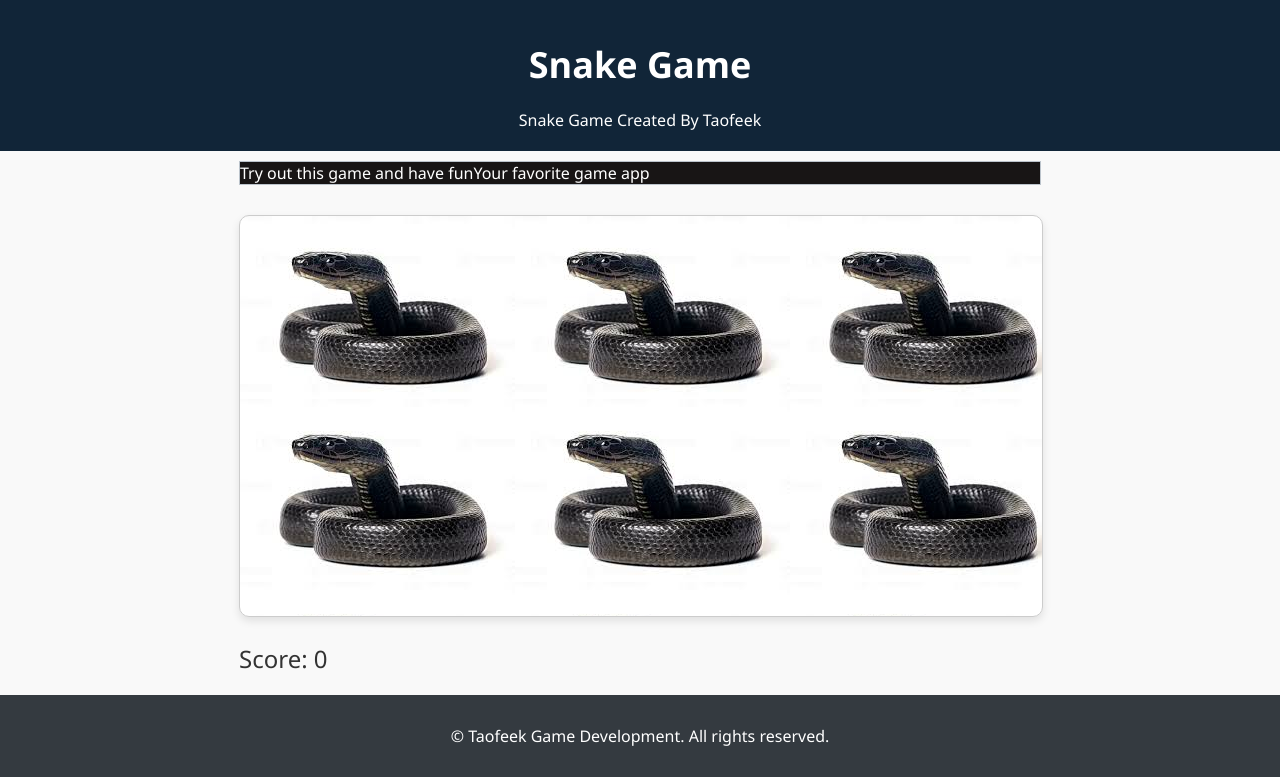
Repository: Taofeekolusola/Landing-page
Page: index.html
The author's editor kept a copy of each file at every save. The page is drawn from the files as they stood at one save, then again after a run of saves.
The browser window is 1280 px wide. The pictures show the whole page.

Above is the page before, as saved 2024-05-06 18:48:24.
Not found: script.js

### index.html
<!DOCTYPE html>
<html lang="en">
<head>
    <meta charset="UTF-8">
    <meta name="viewport" content="width=device-width, initial-scale=1.0">
    <title>Snake Game</title>
    <link rel="stylesheet" href="styles.css">
</head>
<body>
    <header>
        <div class="container">
            <h1>Snake Game</h1>
        </div>
        <div class="name">Snake Game Created By Taofeek</div>
    </header>
    <main>
        <div>
            <div class="text">Try out this game and have fun<span class="left">Your favorite game app</span></span></div>
            <canvas class="snake"></canvas>
            <div id="score">Score: 0</div>
        </div>
    </main>
    <footer>
        <div class="container">
            <p>&copy; Taofeek Game Development. All rights reserved.</p>
        </div>
    </footer>
    <script src="script.js"></script>
</body>
</html>

### styles.css
body {
    font-family: 'Segoe UI', Tahoma, Geneva, Verdana, sans-serif;
    margin: 0;
    padding: 0;
    display: flex;
    flex-direction: column;
    min-height: 100vh;
    background-color: #f9f9f9;
}

.container {
    width: 80%;
    max-width: 800px;
    margin: 0 auto;
    padding: 20px;
}

header {
    background-color: #112538;
    color: #fff;
    text-align: center;
    padding: 20px 0;
}

header h1 {
    font-size: 36px;
    margin: 0;
}

.snake {
    height: 400px;
    width: 100%;
    margin-top: 20px;
    background-image: url('image.jpg');
}

.text {
    margin: 10px 0px;
    border: 1px solid #bcc4cc;
    background-color: #181515;
    color: #FFFFFF;
}

.left {
    flex:
}

main {
    flex-grow: 1;
    display: flex;
    justify-content: center;
    align-items: center;
}

canvas {
    border: 1px solid #ccc;
    border-radius: 10px;
    box-shadow: 0 4px 8px rgba(0, 0, 0, 0.1);
}

#score {
    margin-top: 20px;
    font-size: 24px;
    color: #333;
}

footer {
    background-color: #343a40;
    color: #fff;
    text-align: center;
    padding: 10px 0;
    margin-top: 20px;
}

footer p {
    margin: 0;
}

After the next 4 saves:
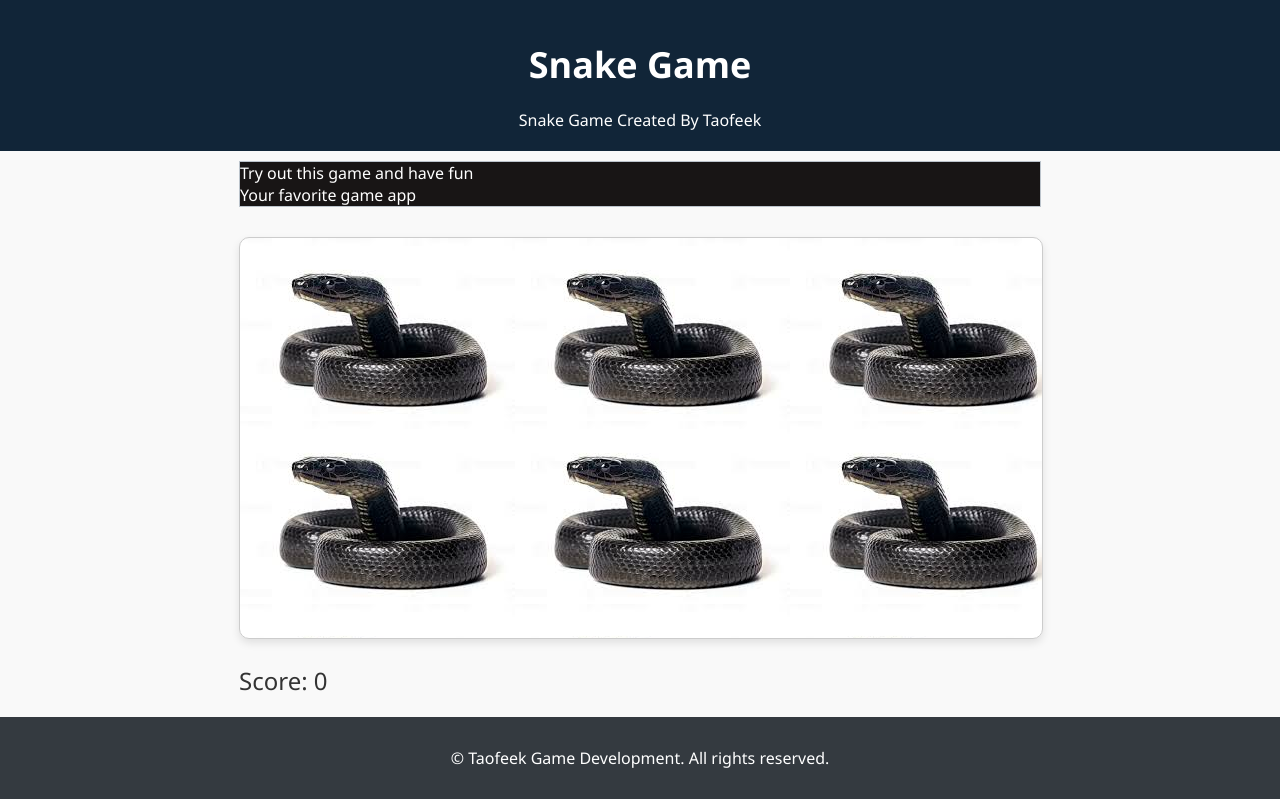
The 4 saves are shown as one change because they came seconds apart.
The last was saved 21 s later.
--- a/styles.css
+++ b/styles.css
@@ -42,7 +42,8 @@ header h1 {
 }
 
 .left {
-    flex:
+    display: flex;
+    text
 }
 
 main {
